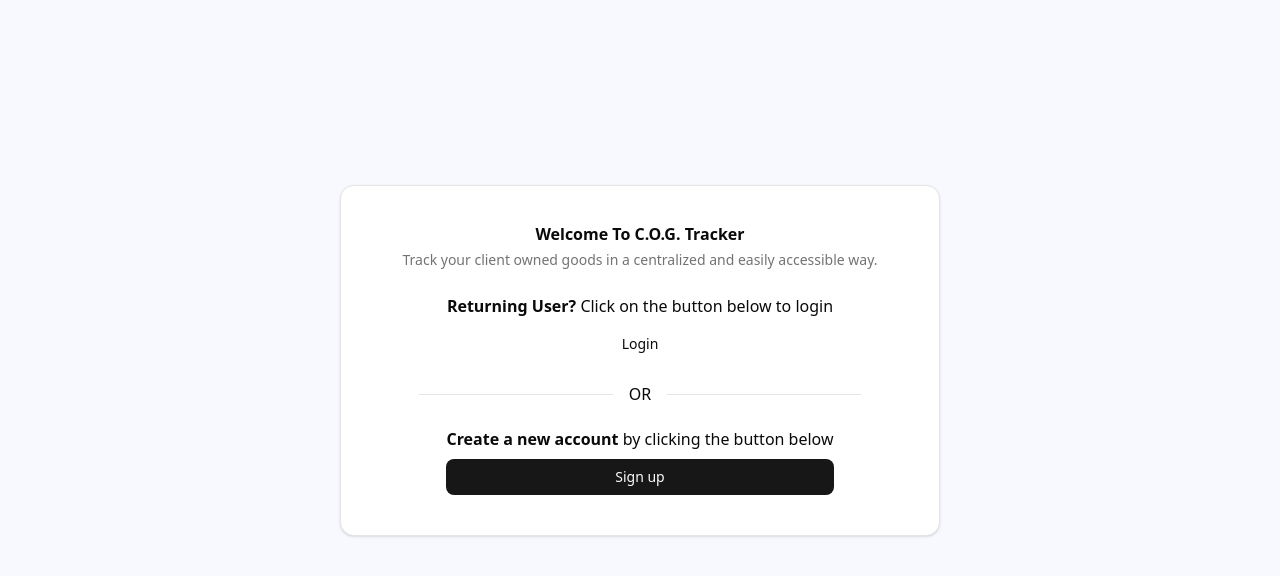
Repository: Renzo-Salosagcol/cog_tracker
Page: /
An editor plug-in stored every save of this project. The page is shown before and after the next save, followed by the edit.
The browser window is 1280 px wide. The pictures show the whole page.
The project was rebuilt for these pictures with package versions that can differ from the ones it lists, and the page was loaded fresh each time. The framework's server and built-in components were replaced by stand-ins that run in the browser. Also part of the build but not shown: next.config.ts.

Above is the page before, as saved 2025-12-17 23:31:50.

### app/layout.tsx
import type { Metadata } from "next";
import { Geist, Geist_Mono } from "next/font/google";
import "./globals.css";

const geistSans = Geist({
  variable: "--font-geist-sans",
  subsets: ["latin"],
});

const geistMono = Geist_Mono({
  variable: "--font-geist-mono",
  subsets: ["latin"],
});

export const metadata: Metadata = {
  title: "COG Tracker",
  description: "COG tracker created to track client owned goods in a centralized and easily accessible way",
};

export default function RootLayout({
  children,
}: Readonly<{
  children: React.ReactNode;
}>) {
  return (
    <html lang="en">
      <body
        className={`${geistSans.variable} ${geistMono.variable} antialiased`}
      >
        {children}
      </body>
    </html>
  );
}

### app/page.tsx
import {
  Card,
  CardAction,
  CardContent,
  CardDescription,
  CardFooter,
  CardHeader,
  CardTitle,
} from "@/components/ui/card"
import { Separator } from "@/components/ui/separator"
import { Button } from "@/components/ui/button"

export default function Home() {
  return (
    <div className="root-page-element bg-background">
      <Card className="*
        glassmorphism flex flex-cols-1 min-w-150 items-center justify-center py-10">
        <CardHeader className="w-full items-center justify-center text-center">
          <CardTitle>
            Welcome To C.O.G. Tracker
          </CardTitle>
          <CardDescription>
            Track your client owned goods in a centralized and easily accessible way.
          </CardDescription>
        </CardHeader>
        <CardContent className="flex flex-col items-center justify-center gap-4">
          <div className="w-full flex flex-col items-center justify-center gap-2">
            <p>
              <span className="font-semibold">Returning User? </span>
              Click on the button below to login
            </p>
            <Button className="
              w-full"
              variant="ghost">
              Login
            </Button>
          </div>
          <div className="w-1/2 flex flex-row items-center justify-center">
            <Separator className="m-4" />
            OR
            <Separator className="m-4" />
          </div>
          <div className="w-full flex flex-col items-center justify-center gap-2">
            <p>
              <span className="font-semibold">Create a new account </span>
              by clicking the button below
            </p>
            <Button className="
              w-full">
              Sign up
            </Button>
          </div>
        </CardContent>
      </Card>
    </div>
  );
}

### app/globals.css
@import "tailwindcss";
@import "tw-animate-css";

@custom-variant dark (&:is(.dark *));

@theme inline {
  --radius-sm: calc(var(--radius) - 4px);
  --radius-md: calc(var(--radius) - 2px);
  --radius-lg: var(--radius);
  --radius-xl: calc(var(--radius) + 4px);
  --radius-2xl: calc(var(--radius) + 8px);
  --radius-3xl: calc(var(--radius) + 12px);
  --radius-4xl: calc(var(--radius) + 16px);
  --color-background: var(--background);
  --color-foreground: var(--foreground);
  --color-card: var(--card);
  --color-card-foreground: var(--card-foreground);
  --color-popover: var(--popover);
  --color-popover-foreground: var(--popover-foreground);
  --color-primary: var(--primary);
  --color-primary-foreground: var(--primary-foreground);
  --color-secondary: var(--secondary);
  --color-secondary-foreground: var(--secondary-foreground);
  --color-muted: var(--muted);
  --color-muted-foreground: var(--muted-foreground);
  --color-accent: var(--accent);
  --color-accent-foreground: var(--accent-foreground);
  --color-destructive: var(--destructive);
  --color-border: var(--border);
  --color-input: var(--input);
  --color-ring: var(--ring);
  --color-chart-1: var(--chart-1);
  --color-chart-2: var(--chart-2);
  --color-chart-3: var(--chart-3);
  --color-chart-4: var(--chart-4);
  --color-chart-5: var(--chart-5);
  --color-sidebar: var(--sidebar);
  --color-sidebar-foreground: var(--sidebar-foreground);
  --color-sidebar-primary: var(--sidebar-primary);
  --color-sidebar-primary-foreground: var(--sidebar-primary-foreground);
  --color-sidebar-accent: var(--sidebar-accent);
  --color-sidebar-accent-foreground: var(--sidebar-accent-foreground);
  --color-sidebar-border: var(--sidebar-border);
  --color-sidebar-ring: var(--sidebar-ring);
}

:root {
  --radius: 0.625rem;
  --background: #f8f8ff; /* Ghost White */
  --foreground: #080808; /* Vampire Black */
  --card: oklch(1 0 0);
  --card-foreground: oklch(0.145 0 0);
  --popover: oklch(1 0 0);
  --popover-foreground: oklch(0.145 0 0);
  --primary: oklch(0.205 0 0);
  --primary-foreground: oklch(0.985 0 0);
  --secondary: oklch(0.97 0 0);
  --secondary-foreground: oklch(0.205 0 0);
  --muted: oklch(0.97 0 0);
  --muted-foreground: oklch(0.556 0 0);
  --accent: oklch(0.97 0 0);
  --accent-foreground: oklch(0.205 0 0);
  --destructive: oklch(0.577 0.245 27.325);
  --border: oklch(0.922 0 0);
  --input: oklch(0.922 0 0);
  --ring: oklch(0.708 0 0);
  --chart-1: oklch(0.646 0.222 41.116);
  --chart-2: oklch(0.6 0.118 184.704);
  --chart-3: oklch(0.398 0.07 227.392);
  --chart-4: oklch(0.828 0.189 84.429);
  --chart-5: oklch(0.769 0.188 70.08);
  --sidebar: oklch(0.985 0 0);
  --sidebar-foreground: oklch(0.145 0 0);
  --sidebar-primary: oklch(0.205 0 0);
  --sidebar-primary-foreground: oklch(0.985 0 0);
  --sidebar-accent: oklch(0.97 0 0);
  --sidebar-accent-foreground: oklch(0.205 0 0);
  --sidebar-border: oklch(0.922 0 0);
  --sidebar-ring: oklch(0.708 0 0);
}

.dark {
  --background: #080808; /* Vampire Black */
  --foreground: #f8f8ff; /* Ghost White */
  --card: oklch(0.205 0 0);
  --card-foreground: oklch(0.985 0 0);
  --popover: oklch(0.205 0 0);
  --popover-foreground: oklch(0.985 0 0);
  --primary: oklch(0.922 0 0);
  --primary-foreground: oklch(0.205 0 0);
  --secondary: oklch(0.269 0 0);
  --secondary-foreground: oklch(0.985 0 0);
  --muted: oklch(0.269 0 0);
  --muted-foreground: oklch(0.708 0 0);
  --accent: oklch(0.269 0 0);
  --accent-foreground: oklch(0.985 0 0);
  --destructive: oklch(0.704 0.191 22.216);
  --border: oklch(1 0 0 / 10%);
  --input: oklch(1 0 0 / 15%);
  --ring: oklch(0.556 0 0);
  --chart-1: oklch(0.488 0.243 264.376);
  --chart-2: oklch(0.696 0.17 162.48);
  --chart-3: oklch(0.769 0.188 70.08);
  --chart-4: oklch(0.627 0.265 303.9);
  --chart-5: oklch(0.645 0.246 16.439);
  --sidebar: oklch(0.205 0 0);
  --sidebar-foreground: oklch(0.985 0 0);
  --sidebar-primary: oklch(0.488 0.243 264.376);
  --sidebar-primary-foreground: oklch(0.985 0 0);
  --sidebar-accent: oklch(0.269 0 0);
  --sidebar-accent-foreground: oklch(0.985 0 0);
  --sidebar-border: oklch(1 0 0 / 10%);
  --sidebar-ring: oklch(0.556 0 0);
}

@layer base {
  * {
    @apply border-border outline-ring/50;
  }
  body {
    @apply bg-background text-foreground;
  }
}

@utility root-page-element {
  @apply min-h-screen flex flex-col items-center justify-center;
}

@utility glassmorphism {
  @apply bg-background/70 backdrop-blur-lg
}

### components/ui/card.tsx
import * as React from "react"

import { cn } from "@/lib/utils"

function Card({ className, ...props }: React.ComponentProps<"div">) {
  return (
    <div
      data-slot="card"
      className={cn(
        "bg-card text-card-foreground flex flex-col gap-6 rounded-xl border py-6 shadow-sm",
        className
      )}
      {...props}
    />
  )
}

function CardHeader({ className, ...props }: React.ComponentProps<"div">) {
  return (
    <div
      data-slot="card-header"
      className={cn(
        "@container/card-header grid auto-rows-min grid-rows-[auto_auto] items-start gap-2 px-6 has-data-[slot=card-action]:grid-cols-[1fr_auto] [.border-b]:pb-6",
        className
      )}
      {...props}
    />
  )
}

function CardTitle({ className, ...props }: React.ComponentProps<"div">) {
  return (
    <div
      data-slot="card-title"
      className={cn("leading-none font-semibold", className)}
      {...props}
    />
  )
}

function CardDescription({ className, ...props }: React.ComponentProps<"div">) {
  return (
    <div
      data-slot="card-description"
      className={cn("text-muted-foreground text-sm", className)}
      {...props}
    />
  )
}

function CardAction({ className, ...props }: React.ComponentProps<"div">) {
  return (
    <div
      data-slot="card-action"
      className={cn(
        "col-start-2 row-span-2 row-start-1 self-start justify-self-end",
        className
      )}
      {...props}
    />
  )
}

function CardContent({ className, ...props }: React.ComponentProps<"div">) {
  return (
    <div
      data-slot="card-content"
      className={cn("px-6", className)}
      {...props}
    />
  )
}

function CardFooter({ className, ...props }: React.ComponentProps<"div">) {
  return (
    <div
      data-slot="card-footer"
      className={cn("flex items-center px-6 [.border-t]:pt-6", className)}
      {...props}
    />
  )
}

export {
  Card,
  CardHeader,
  CardFooter,
  CardTitle,
  CardAction,
  CardDescription,
  CardContent,
}

### components/ui/button.tsx
import * as React from "react"
import { Slot } from "@radix-ui/react-slot"
import { cva, type VariantProps } from "class-variance-authority"

import { cn } from "@/lib/utils"

const buttonVariants = cva(
  "inline-flex items-center justify-center gap-2 whitespace-nowrap rounded-md text-sm font-medium transition-all disabled:pointer-events-none disabled:opacity-50 [&_svg]:pointer-events-none [&_svg:not([class*='size-'])]:size-4 shrink-0 [&_svg]:shrink-0 outline-none focus-visible:border-ring focus-visible:ring-ring/50 focus-visible:ring-[3px] aria-invalid:ring-destructive/20 dark:aria-invalid:ring-destructive/40 aria-invalid:border-destructive hover:cursor-pointer",
  {
    variants: {
      variant: {
        default: "bg-primary text-primary-foreground hover:bg-primary/90",
        destructive:
          "bg-destructive text-white hover:bg-destructive/90 focus-visible:ring-destructive/20 dark:focus-visible:ring-destructive/40 dark:bg-destructive/60",
        outline:
          "border bg-background shadow-xs hover:bg-accent hover:text-accent-foreground dark:bg-input/30 dark:border-input dark:hover:bg-input/50",
        secondary:
          "bg-secondary text-secondary-foreground hover:bg-secondary/80",
        ghost:
          "hover:bg-accent hover:text-accent-foreground dark:hover:bg-accent/50",
        link: "text-primary underline-offset-4 hover:underline",
      },
      size: {
        default: "h-9 px-4 py-2 has-[>svg]:px-3",
        sm: "h-8 rounded-md gap-1.5 px-3 has-[>svg]:px-2.5",
        lg: "h-10 rounded-md px-6 has-[>svg]:px-4",
        icon: "size-9",
        "icon-sm": "size-8",
        "icon-lg": "size-10",
      },
    },
    defaultVariants: {
      variant: "default",
      size: "default",
    },
  }
)

function Button({
  className,
  variant = "default",
  size = "default",
  asChild = false,
  ...props
}: React.ComponentProps<"button"> &
  VariantProps<typeof buttonVariants> & {
    asChild?: boolean
  }) {
  const Comp = asChild ? Slot : "button"

  return (
    <Comp
      data-slot="button"
      data-variant={variant}
      data-size={size}
      className={cn(buttonVariants({ variant, size, className }))}
      {...props}
    />
  )
}

export { Button, buttonVariants }

Loaded but not shown: components/ui/separator.tsx (common file); lib/utils.ts (common file)

After the next save:
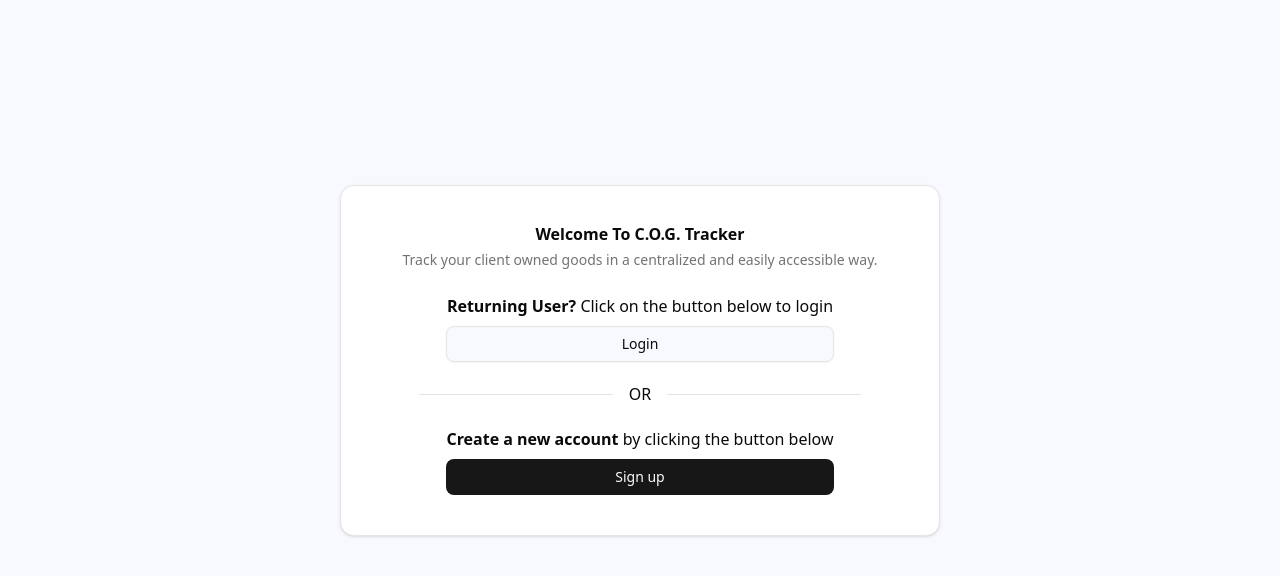
Saved 8 s later.
--- a/app/page.tsx
+++ b/app/page.tsx
@@ -31,7 +31,7 @@ export default function Home() {
             </p>
             <Button className="
               w-full"
-              variant="ghost">
+              variant="outline">
               Login
             </Button>
           </div>
